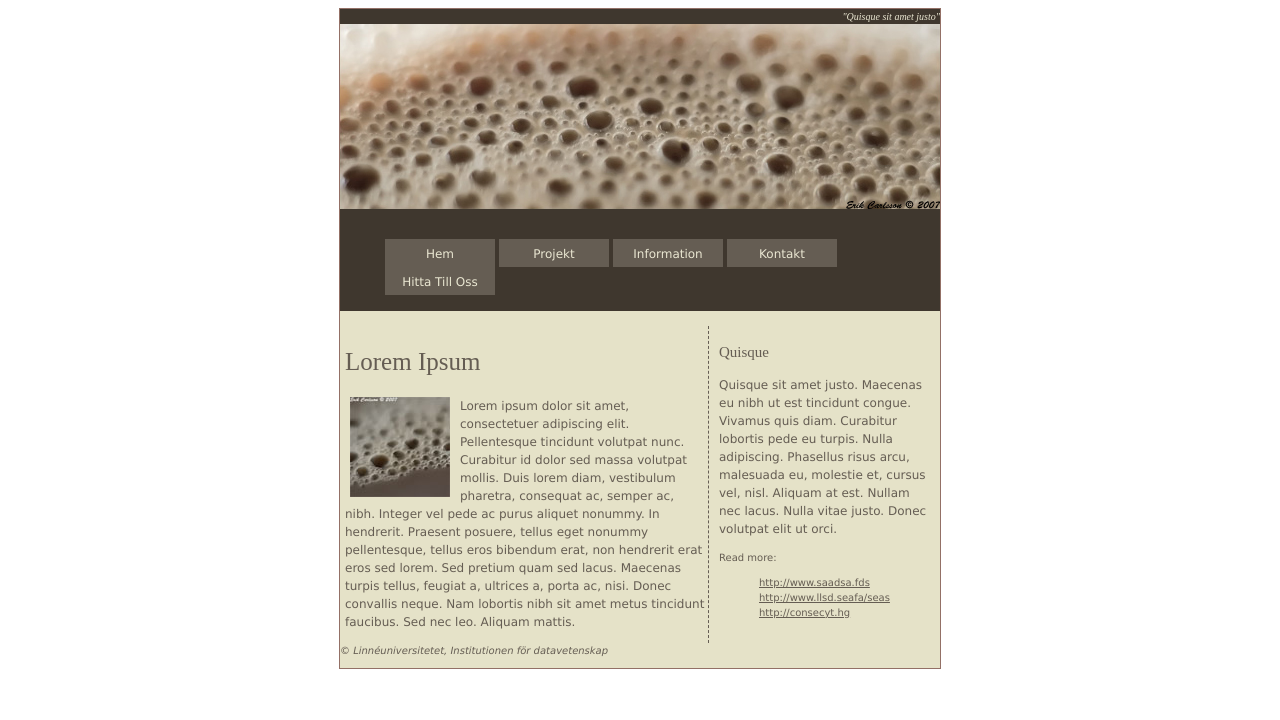
Repository: mh223ja/1ik415-js223mi-Uppgift-3-3
Page: index.html
The author's editor kept a record of every edit. The page is drawn from the files as they stood at one moment, then again after the next edit.
The browser window is 1280 px wide. The pictures show the whole page.

Above is the page before.

After the next edit:
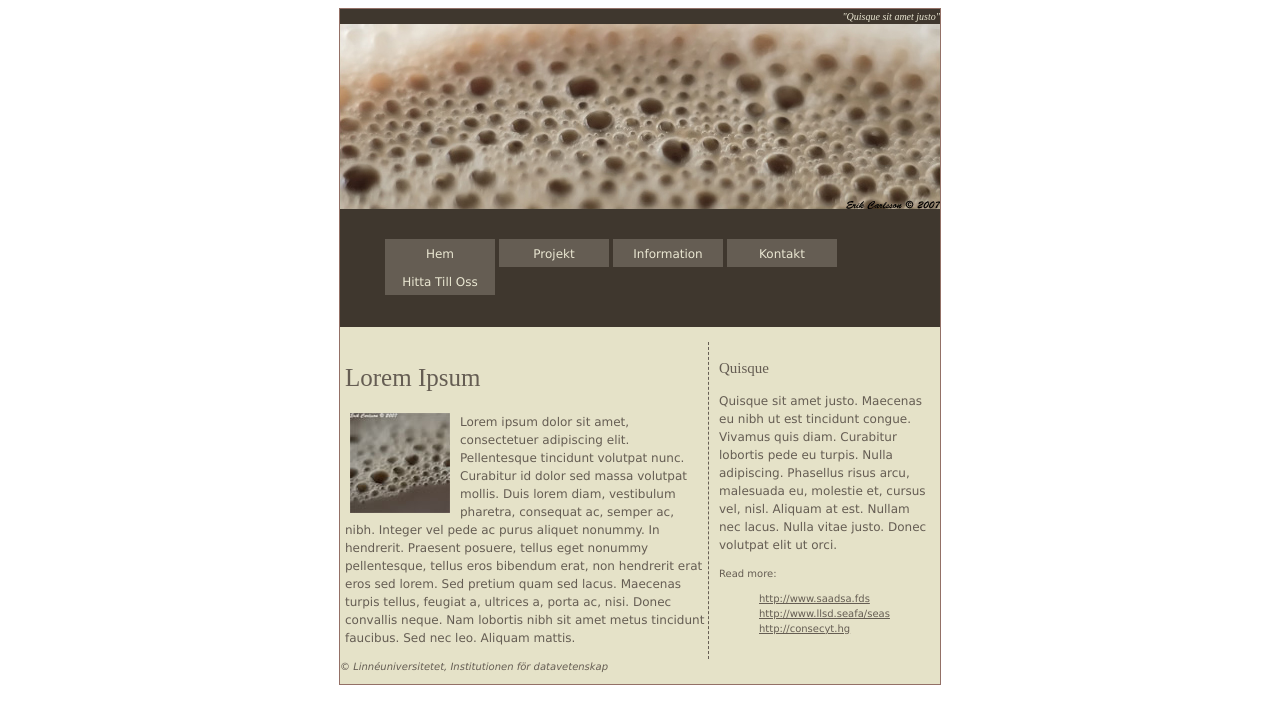
The edit:
--- a/css/basic.css
+++ b/css/basic.css
@@ -36,7 +36,9 @@
 	color: #655D53;
 	line-height: 1.5;
 	overflow: auto;
+	margin-top: 2.7%;
 }
+
 #maincontent{
 	width: 60%;
 	padding-right: 0.5%;
